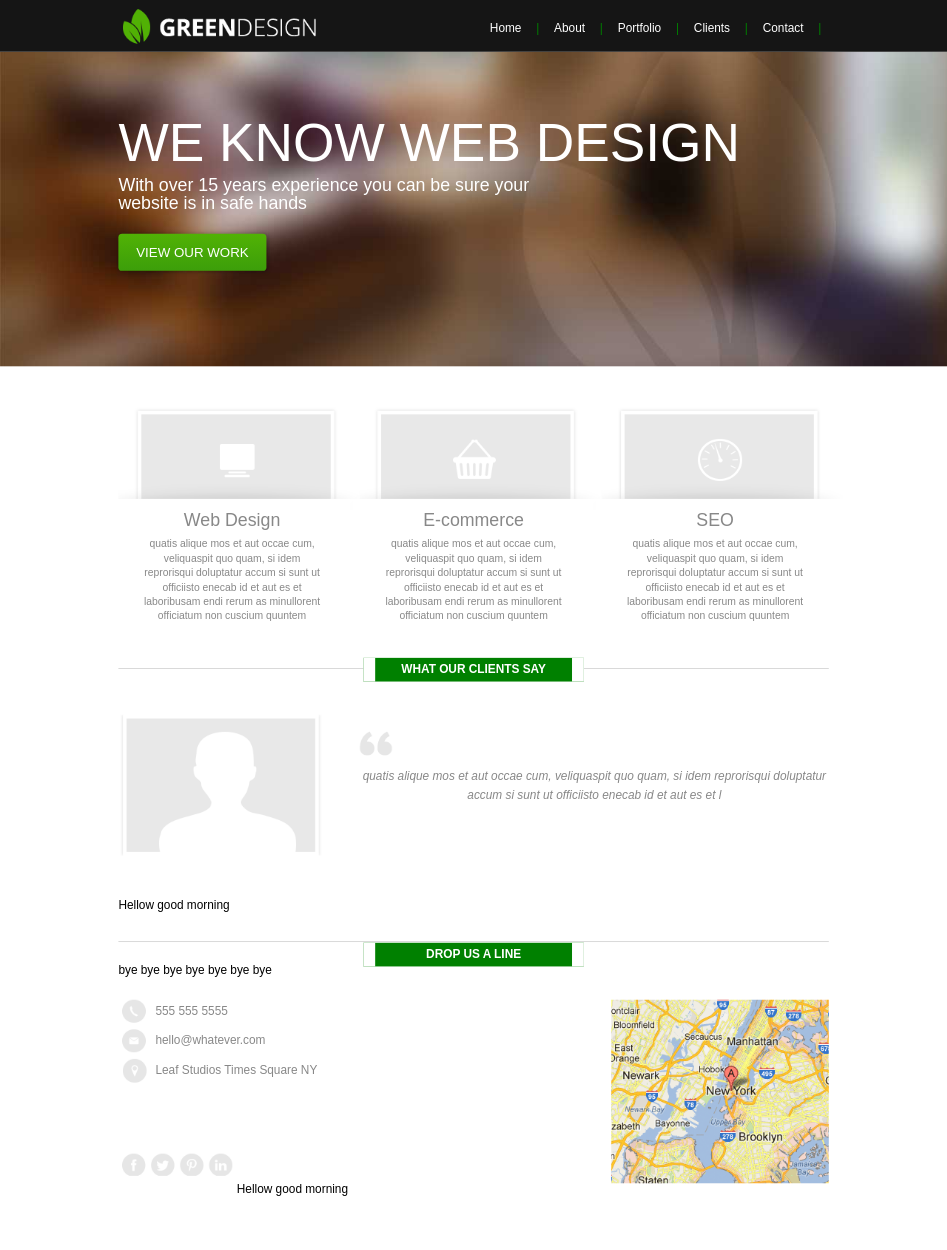
Repository: prathmeshgodbole/Javascript
Page: Basics/Jquery/index.html
These files come from the project's save history. The page is drawn as it stood at one moment and after the next save; the edit follows.
The browser window is 1280 px wide. The pictures show the whole page, at 74% of full size.

Above is the page before, as saved 2020-08-07 15:46:34.

After the next save:
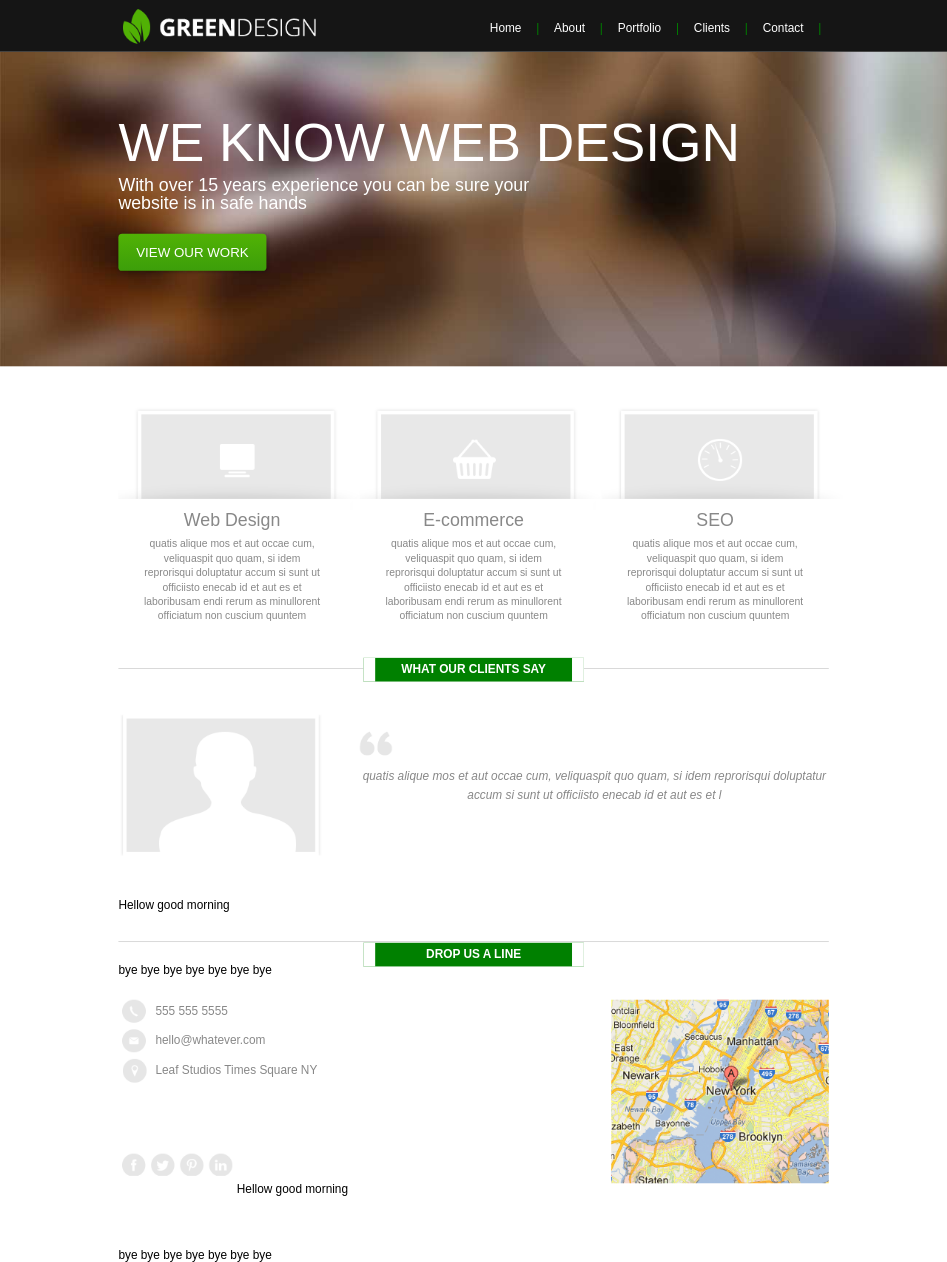
Saved 5 s later.
--- a/Basics/Jquery/scripts/adding-content.js
+++ b/Basics/Jquery/scripts/adding-content.js
@@ -7,7 +7,7 @@
  //  //before()
  $("#contact").before(paragraph);
  //  //after()
- //  $("#contact").after(para);
+ $("#contact").after(para);
  //  //html()
  //  $("#contact").html(paragraph);
  //  //text()
